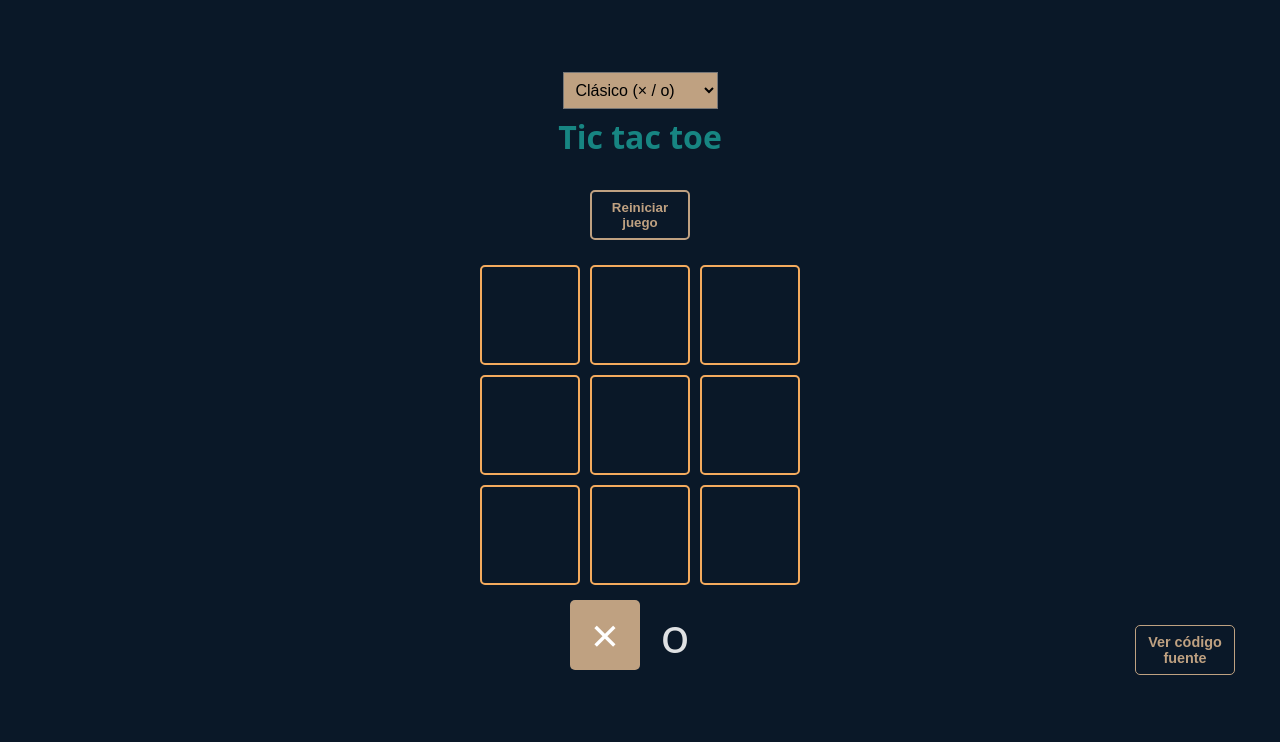
Repository: JoyMoGas/Simulacion
Page: / (app in 02-tic-tac-toe/)
These files come from the project's save history. The page is drawn as it stood at one moment and after the next save; the edit follows.
The browser window is 1280 px wide. The pictures show the whole page.
The project was rebuilt for these pictures with package versions that can differ from the ones it lists, and the page was loaded fresh each time. Also part of the build but not shown: 02-tic-tac-toe/vite.config.js, 02-tic-tac-toe/src/components/WinnerModal.jsx.

Above is the page before, as saved 2025-04-29 21:06:10.

After the next save:
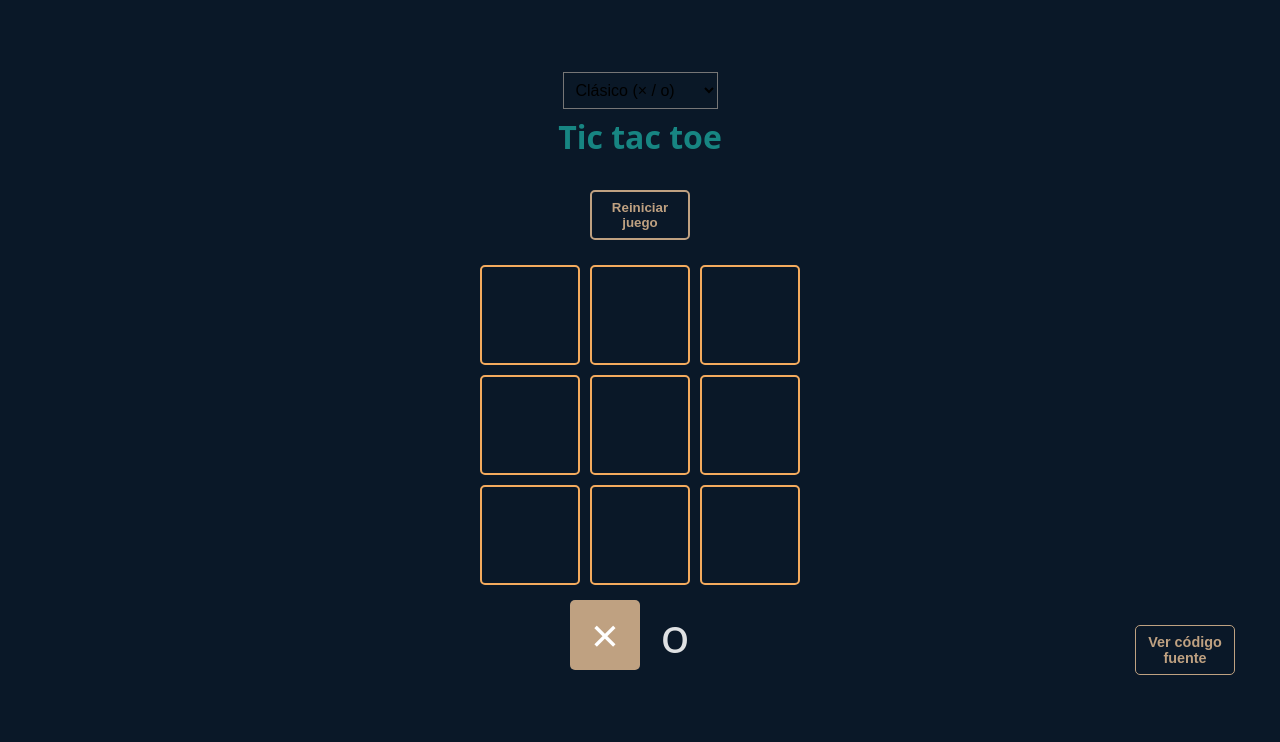
Saved 2 min 40 s later.
--- a/02-tic-tac-toe/src/App.jsx
+++ b/02-tic-tac-toe/src/App.jsx
@@ -75,7 +75,7 @@ function App() {
       <select
         value={symbolSet}
         onChange={(e) => setSymbolSet(e.target.value)}
-        style={{ marginBottom: '1rem', padding: '0.5rem', fontSize: '1rem', background: '#BFA181' }}
+        style={{ marginBottom: '1rem', padding: '0.5rem', fontSize: '1rem', background: '#0a1828b8', 'color': 'BFA181' }}
       >
         <option value="classic">Clásico (× / o)</option>
         <option value="emoji">Emojis (🐱 / 🐶)</option>
